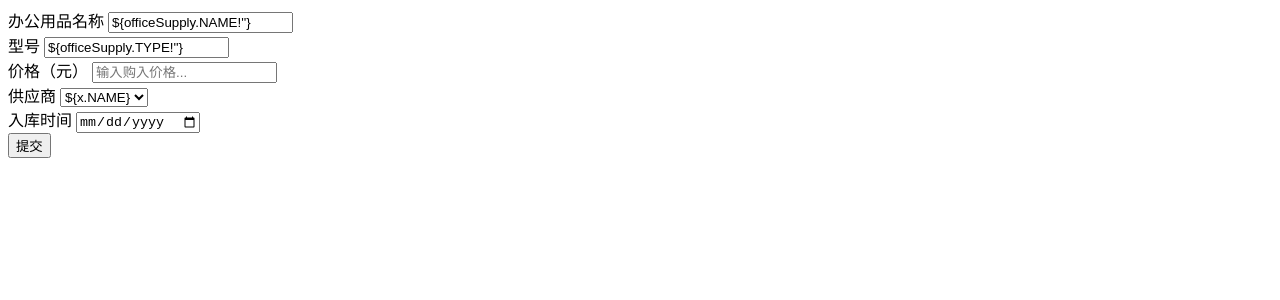
Repository: GaoChengliang/summerTask
Page: Campus_gcl/WebRoot/asset_management/office_supply/add_form.html
An editor plug-in stored every save of this project. The page is shown before and after the next save, followed by the edit.
The browser window is 1280 px wide. The pictures show the whole page.

Above is the page before, as saved 2015-07-29 08:23:00.

### Campus_gcl/WebRoot/asset_management/office_supply/add_form.html
<!--<fieldset>-->
<!--<legend>创建Blog</legend>-->
<input type="hidden" name="officeSupply.ID" value="${officeSupply.ID!''}"/>
<input type="hidden" name="officeSupply.IS_OUT" value="0"/>
<input type="hidden" name="officeSupply.IS_APPLY" value="${officeSupply.IS_APPLY!0}"/>
<div class="form-group">
  <label>办公用品名称</label>
  <input placeholder="输入办公用品名称..." class="form-control" type="text" name="officeSupply.NAME" value="${officeSupply.NAME!''}" required ="true" />
</div>

<div class="form-group">
  <label>型号</label>
   <input placeholder="输入型号..." class="form-control" type="text" name="officeSupply.TYPE" value="${officeSupply.TYPE!''}"  required ="true" />
</div>

<div class="form-group">
  <label>价格（元）</label>
   <input placeholder="输入购入价格..." class="form-control" type="number" name="officeSupply.PRIZE" value="${officeSupply.PRIZE!''}" required = "true"/>
</div>

<div class="form-group">
  <label>供应商</label>
  <select class="form-control" name="officeSupply.SUPPLIER_ID" required = "true"}">
  <%for(x in suppliersList){ %>
  	<option value="${x.ID}">${x.NAME}</option>
  <%}%>
</select>

</div>

<div class="form-group">
  <label>入库时间</label>
   <input placeholder="输入物品入库时间..." class="form-control" type="date" name="officeSupply.IN_TIME" value="${officeSupply.IN_TIME!''}"  required ="true" />
</div>

<button class="btn btn-info" type="submit">提交</button>
<!--</fieldset>-->

After the next save:
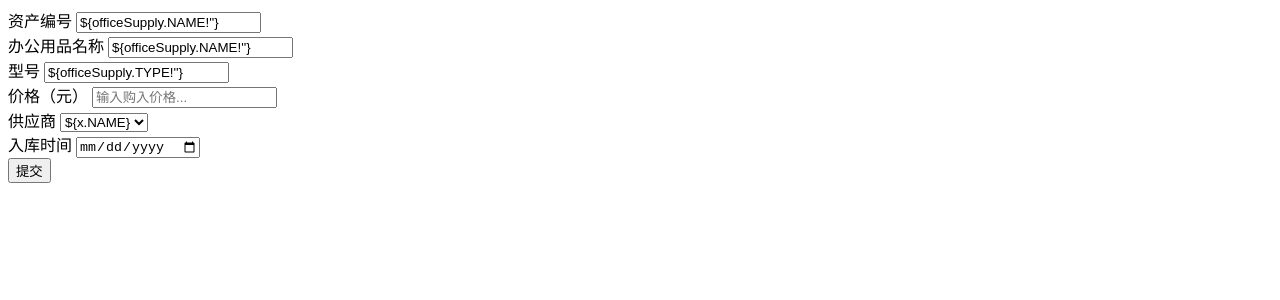
Saved 51 s later.
--- a/Campus_gcl/WebRoot/asset_management/office_supply/add_form.html
+++ b/Campus_gcl/WebRoot/asset_management/office_supply/add_form.html
@@ -1,8 +1,11 @@
-<!--<fieldset>-->
-<!--<legend>创建Blog</legend>-->
-<input type="hidden" name="officeSupply.ID" value="${officeSupply.ID!''}"/>
-<input type="hidden" name="officeSupply.IS_OUT" value="0"/>
-<input type="hidden" name="officeSupply.IS_APPLY" value="${officeSupply.IS_APPLY!0}"/>
+
+<div class="form-group">
+  <label>资产编号</label>
+  <input placeholder="输入资产编号..." class="form-control" type="text" name="officeSupply.NAME" value="${officeSupply.NAME!''}" required ="true" />
+</div>
+
+
+
 <div class="form-group">
   <label>办公用品名称</label>
   <input placeholder="输入办公用品名称..." class="form-control" type="text" name="officeSupply.NAME" value="${officeSupply.NAME!''}" required ="true" />
@@ -34,4 +37,3 @@
 </div>
 
 <button class="btn btn-info" type="submit">提交</button>
-<!--</fieldset>-->
